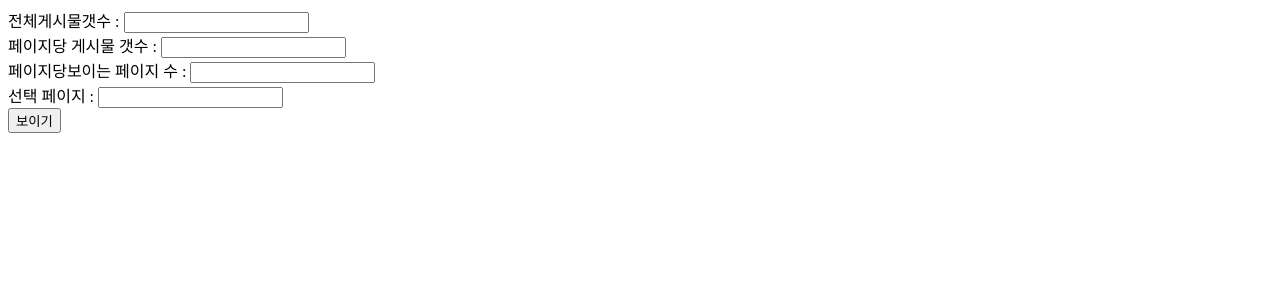
Repository: DrakeJU/eclipse-workspace
Page: Web/WebContent/01/PostBoardIndex.html
An editor plug-in stored every save of this project. The page is shown before and after the next save, followed by the edit.
The browser window is 1280 px wide. The pictures show the whole page.

Above is the page before, as saved 2017-10-13 03:33:43.

After the next save:
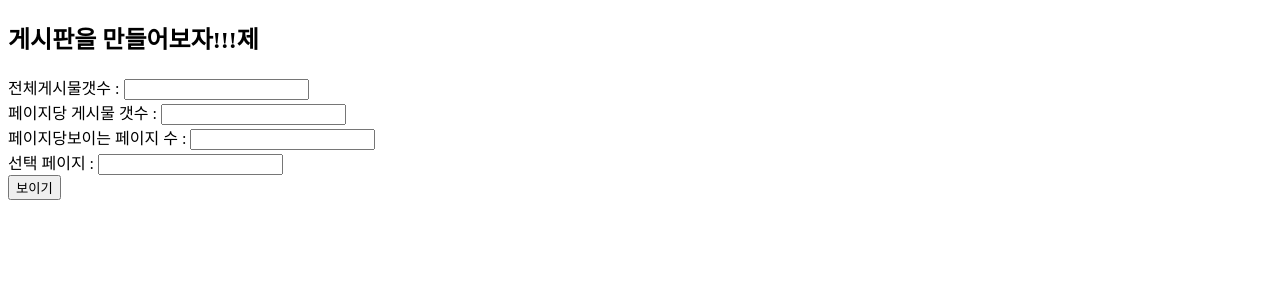
Saved 43 s later.
--- a/Web/WebContent/01/PostBoardIndex.html
+++ b/Web/WebContent/01/PostBoardIndex.html
@@ -5,6 +5,7 @@
 <title>indexPage</title>
 </head>
 <body>
+	<h2>게시판을 만들어보자!!!제</h2>
 	전체게시물갯수 : 		<input type="text" name="TotalPost"><br>
 	페이지당 게시물 갯수 : 	<input type="text" name="NumPerPost"><br>
 	페이지당보이는 페이지 수 : <input type="text" name="NumPerPage"><br>
